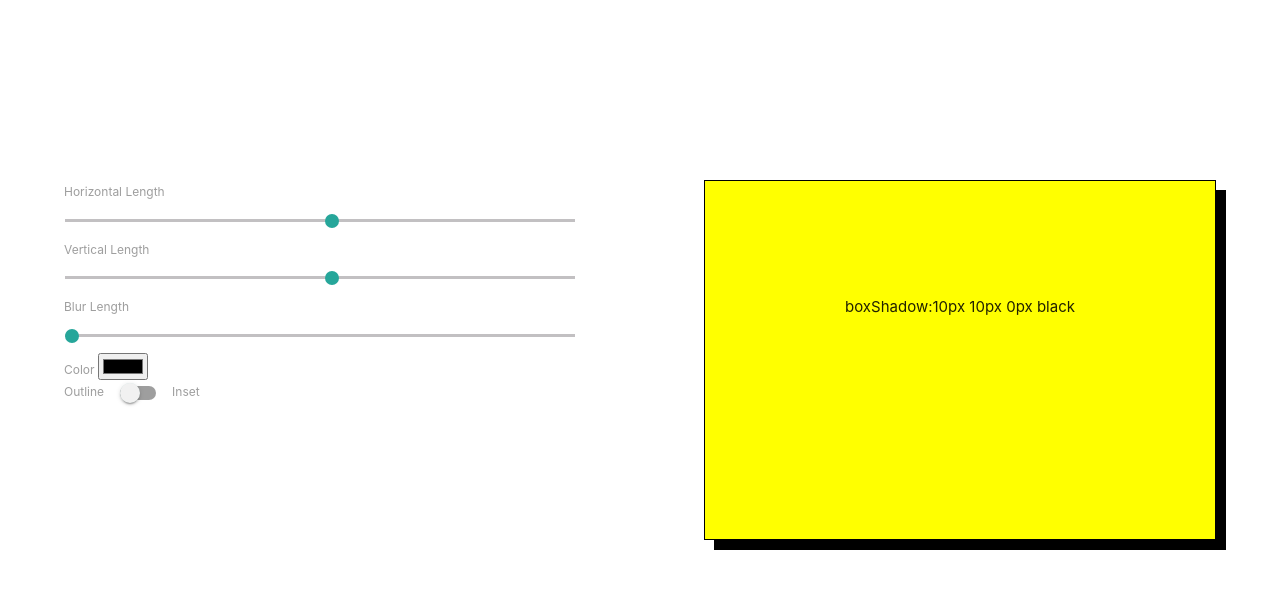
Repository: imrvj/Box-Shadow
Page: /
The author's editor kept a copy of each file at every save. The page is drawn from the files as they stood at one save, then again after the next save.
The browser window is 1280 px wide. The pictures show the whole page.
The project was rebuilt for these pictures with package versions that can differ from the ones it lists, and the page was loaded fresh each time.

Above is the page before, as saved 2020-02-19 23:51:23.

After the next save:
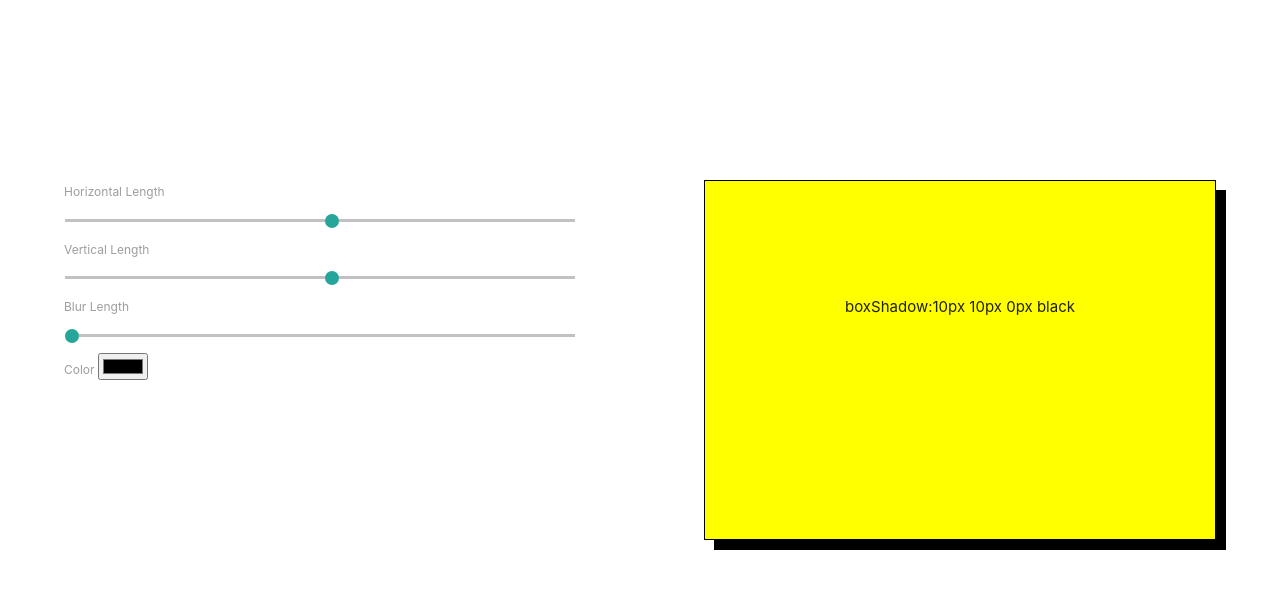
Saved 50 s later.
--- a/src/App.js
+++ b/src/App.js
@@ -22,14 +22,7 @@ function App() {
       <input type="range"  min="0" max="200" value={Blur} onChange={(e)=>setBlur(e.target.value)}/>
       <label>Color </label>
       <input type="color"  min="0" max="200" value={Color} onChange={(e)=>setColor(e.target.value)}/>
-      <div class="switch">
-    <label>
-      Outline
-      <input type="checkbox" value={Check} onChange={(e)=>setCheck(!Check)}/>
-      <span className="lever"></span>
-      Inset
-    </label>
-  </div>
+
      </div>
       <div className="output">
         <div className="Box" style={{boxShadow:`${Hori}px ${Veri}px ${Blur}px ${Color}`}}>
